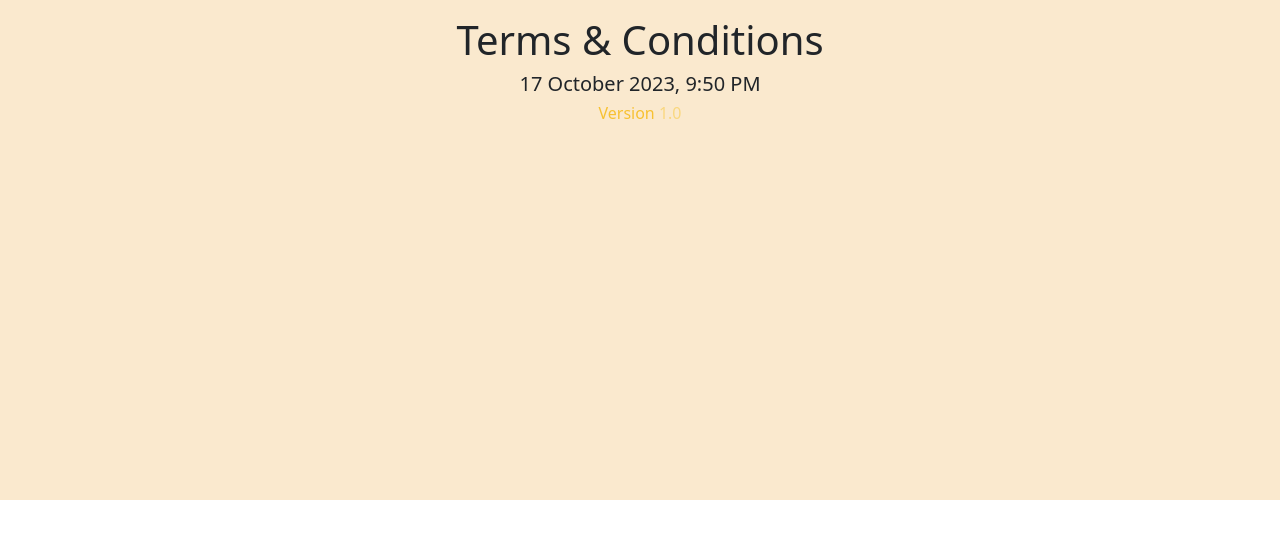
Repository: injectGroup/github.io
Page: terms.html
The author's editor kept a copy of each file at every save. The page is drawn from the files as they stood at one save, then again after the next save.
The browser window is 1280 px wide. The pictures show the whole page.

Above is the page before, as saved 2023-11-29 12:51:39.

### terms.html
<!doctype html>
<html lang="en">

<head>
    <meta charset="utf-8">
    <meta name="viewport" content="width=device-width, initial-scale=1">
    <title>Bootstrap demo</title>
    <!-- GOULD CUSTOM CSS-->
    <link rel="stylesheet" href="/gouldwalletlegal/css/gouldcustom.css">
    <!--- BOOTSTRAP CDN -->
    <link href="https://cdn.jsdelivr.net/npm/bootstrap@5.3.2/dist/css/bootstrap.min.css" rel="stylesheet"
        integrity="sha384-T3c6CoIi6uLrA9TneNEoa7RxnatzjcDSCmG1MXxSR1GAsXEV/Dwwykc2MPK8M2HN" crossorigin="anonymous">
</head>

<body>
    <!-- Content here -->
    <div class="container-fluid text-center terms-content">
        <div class="row align-items-center">
            <div class="col align-self-center">
                <h1 class="text-center">
                    Terms & Conditions
                </h1>
                <h5 class="version-date">
                    17 October 2023, 9:50 PM
                </h5>
                <h6 class="version">
                    Version <span class="version-number">1.0</span>
                </h6>
            </div>
        </div>
    </div>
    <!-- BOOTSTRAP JS-->
    <script src="https://cdn.jsdelivr.net/npm/bootstrap@5.3.2/dist/js/bootstrap.bundle.min.js"
        integrity="sha384-C6RzsynM9kWDrMNeT87bh95OGNyZPhcTNXj1NW7RuBCsyN/o0jlpcV8Qyq46cDfL"
        crossorigin="anonymous"></script>
</body>

</html>

### gouldwalletlegal/css/gouldcustom.css
/*
 *AUTHOR: Abdulkadir Mohammed @ Inject
 *DATE: Wed 29 November 2023
  *
 *This is a custom css for gould wallet.
 */
/*****************************
 *********** HEAD ***********
 *****************************/
.terms-content {
    background-color: #FAE9CE;
    padding: 16px 0px 16px 0px;
    height: 500px;
    width: 100%;
    padding-right: 15px;
    padding-left: 15px;
    margin-right: auto;
    margin-left: auto;
    display: block;
    box-sizing: border-box;
}

.version {
    color: #F7C132;
}

.version-number {
    color: #F9D77E;
}


/*****************************
  *********** BODY ***********
 *****************************/

/*****************************
 *********** FOOTER ***********
*****************************/

After the next save:
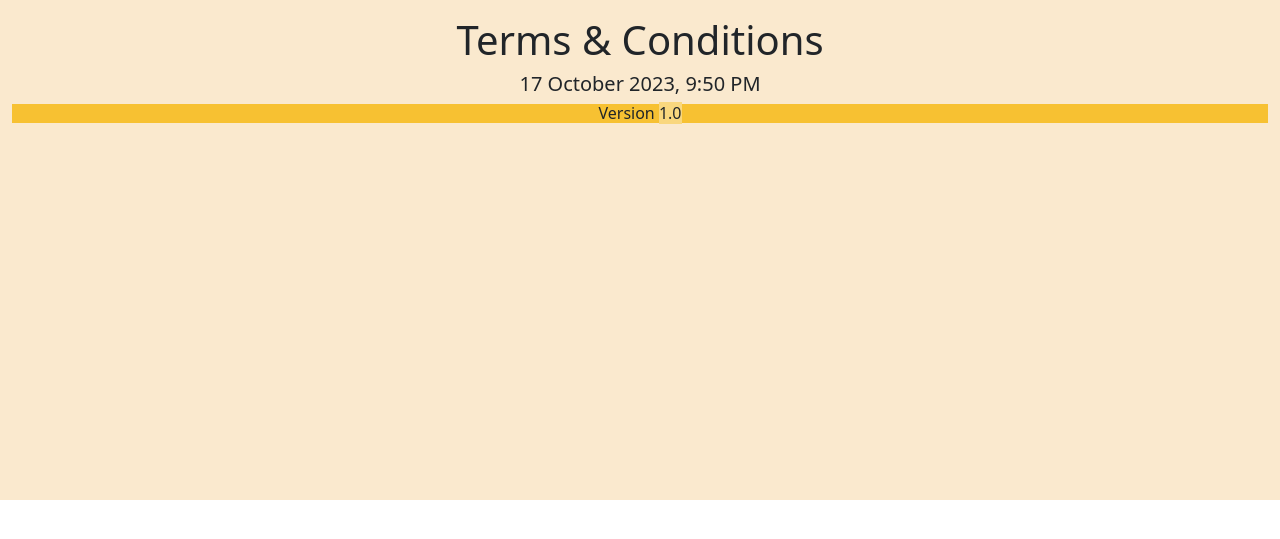
Saved 16 s later.
--- a/gouldwalletlegal/css/gouldcustom.css
+++ b/gouldwalletlegal/css/gouldcustom.css
@@ -21,11 +21,11 @@
 }
 
 .version {
-    color: #F7C132;
+    background-color: #F7C132;
 }
 
 .version-number {
-    color: #F9D77E;
+    background-color: #F9D77E;
 }
 
 
